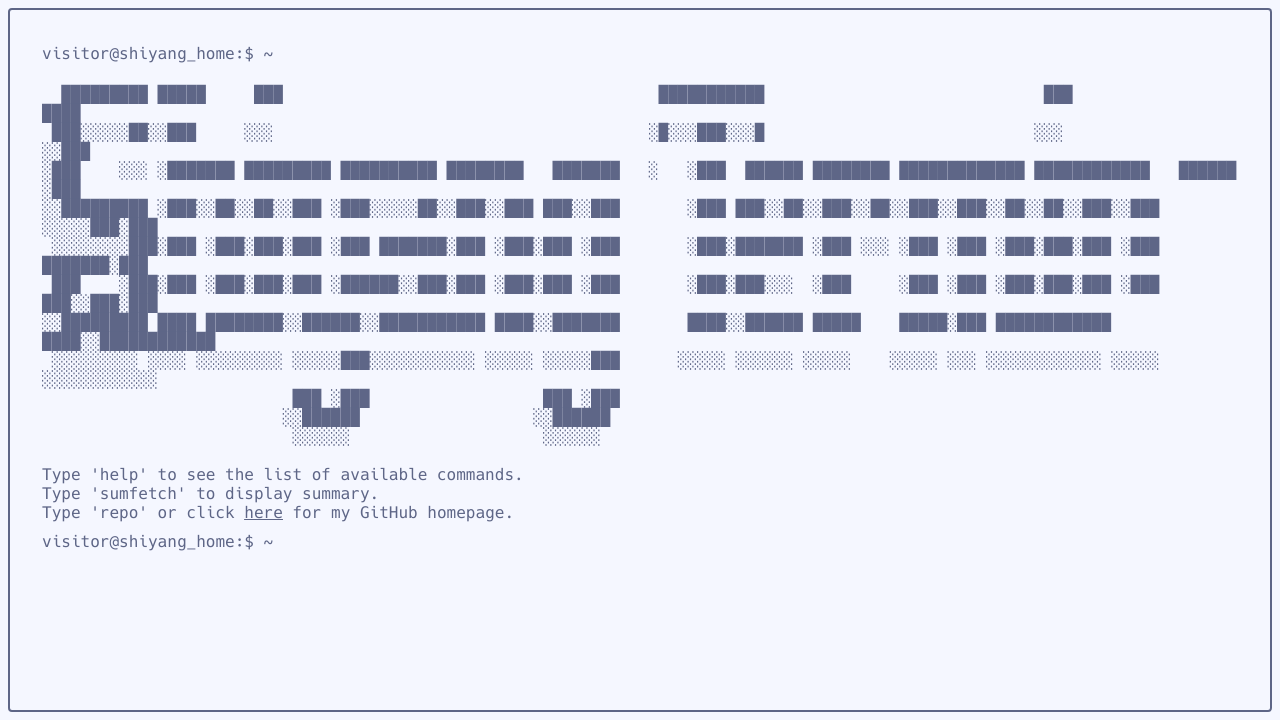
Repository: ShiyangLai/shiyanglai.github.io
Page: /
The author's editor kept a copy of each file at every save. The page is drawn from the files as they stood at one save, then again after the next save.
The browser window is 1280 px wide. The pictures show the whole page.
The project was rebuilt for these pictures with package versions that can differ from the ones it lists, and the page was loaded fresh each time. The framework's server and built-in components were replaced by stand-ins that run in the browser. Also part of the build but not shown: next.config.js, src/utils/bin/commands.ts, src/utils/api.ts, src/utils/bin/api_commands.ts, src/utils/bin/sumfetch.ts.

Above is the page before, as saved 2024-04-15 15:33:56.

### config.json
{
  "readmeUrl": "https://raw.githubusercontent.com/ShiyangLai/shiyanglai.github.io/master/src/pages/readme.txt",
  "title": "Shiyang's Terminal",
  "name": "shiyang (lucas) lai",
  "ascii": "shiyang",
  "social": {
    "github": "github",
    "linkedin": "shiyang-lai-230365213",
    "linedin_name": "shiyang-lai"
  },
  "email": "shiyanglai@uchicago.edu",
  "ps1_hostname": "shiyang_home",
  "ps1_username": "visitor",
  "repo": "https://github.com/ShiyangLai",
  "google_scholar": "https://scholar.google.com/citations?user=qALDmfcAAAAJ&hl=en",
  "resume_url": "",
  "colors": {
    "dark": {
      "terminal.background":"#FEFBEC",
      "terminal.foreground":"#6E6B5E",
      "terminalCursor.background":"#6E6B5E",
      "terminalCursor.foreground":"#6E6B5E",
      "terminal.ansiBlack":"#FEFBEC",
      "terminal.ansiBlue":"#6684E1",
      "terminal.ansiBrightBlack":"#999580",
      "terminal.ansiBrightBlue":"#6684E1",
      "terminal.ansiBrightCyan":"#1FAD83",
      "terminal.ansiBrightGreen":"#60AC39",
      "terminal.ansiBrightMagenta":"#B854D4",
      "terminal.ansiBrightRed":"#D73737",
      "terminal.ansiBrightWhite":"#20201D",
      "terminal.ansiBrightYellow":"#AE9513",
      "terminal.ansiCyan":"#1FAD83",
      "terminal.ansiGreen":"#60AC39",
      "terminal.ansiMagenta":"#B854D4",
      "terminal.ansiRed":"#D73737",
      "terminal.ansiWhite":"#6E6B5E",
      "terminal.ansiYellow":"#AE9513"
    },
    "light": {
      "background":"#F5F7FF",
      "foreground":"#5E6687",
      "Cursor.background":"#5E6687",
      "Cursor.foreground":"#5E6687",
      "ansiBlack":"#F5F7FF",
      "ansiBlue":"#3D8FD1",
      "terminal.ansiBrightBlack":"#898EA4",
      "terminal.ansiBrightBlue":"#3D8FD1",
      "terminal.ansiBrightCyan":"#22A2C9",
      "terminal.ansiBrightGreen":"#AC9739",
      "terminal.ansiBrightMagenta":"#6679CC",
      "terminal.ansiBrightRed":"#C94922",
      "terminal.ansiBrightWhite":"#202746",
      "terminal.ansiBrightYellow":"#C08B30",
      "terminal.ansiCyan":"#22A2C9",
      "terminal.ansiGreen":"#AC9739",
      "terminal.ansiMagenta":"#6679CC",
      "terminal.ansiRed":"#C94922",
      "terminal.ansiWhite":"#5E6687",
      "terminal.ansiYellow":"#C08B30"
    }
  }
}

### src/components/input.tsx
import React from 'react';
import { commandExists } from '../utils/commandExists';
import { shell } from '../utils/shell';
import { handleTabCompletion } from '../utils/tabCompletion';
import { Ps1 } from './Ps1';

export const Input = ({
  inputRef,
  containerRef,
  command,
  history,
  lastCommandIndex,
  setCommand,
  setHistory,
  setLastCommandIndex,
  clearHistory,
}) => {
  const onSubmit = async (event: React.KeyboardEvent<HTMLInputElement>) => {
    const commands: [string] = history
      .map(({ command }) => command)
      .filter((command: string) => command);

    if (event.key === 'c' && event.ctrlKey) {
      event.preventDefault();
      setCommand('');
      setHistory('');
      setLastCommandIndex(0);
    }

    if (event.key === 'l' && event.ctrlKey) {
      event.preventDefault();
      clearHistory();
    }

    if (event.key === 'Tab') {
      event.preventDefault();
      handleTabCompletion(command, setCommand);
    }

    if (event.key === 'Enter' || event.code === '13') {
      event.preventDefault();
      setLastCommandIndex(0);
      await shell(command, setHistory, clearHistory, setCommand);
      containerRef.current.scrollTo(0, containerRef.current.scrollHeight);
    }

    if (event.key === 'ArrowUp') {
      event.preventDefault();
      if (!commands.length) {
        return;
      }
      const index: number = lastCommandIndex + 1;
      if (index <= commands.length) {
        setLastCommandIndex(index);
        setCommand(commands[commands.length - index]);
      }
    }

    if (event.key === 'ArrowDown') {
      event.preventDefault();
      if (!commands.length) {
        return;
      }
      const index: number = lastCommandIndex - 1;
      if (index > 0) {
        setLastCommandIndex(index);
        setCommand(commands[commands.length - index]);
      } else {
        setLastCommandIndex(0);
        setCommand('');
      }
    }
  };

  const onChange = ({
    target: { value },
  }: React.ChangeEvent<HTMLInputElement>) => {
    setCommand(value);
  };

  return (
    <div className="flex flex-row space-x-2">
      <label htmlFor="prompt" className="flex-shrink">
        <Ps1 />
      </label>

      <input
        ref={inputRef}
        id="prompt"
        type="text"
        className={`bg-light-background dark:bg-dark-background focus:outline-none flex-grow ${
          commandExists(command) || command === ''
            ? 'text-dark-green'
            : 'text-dark-red'
        }`}
        value={command}
        onChange={onChange}
        autoFocus
        onKeyDown={onSubmit}
        autoComplete="off"
        spellCheck="false"
      />
    </div>
  );
};

export default Input;

### src/components/history/History.tsx
import React from 'react';
import { History as HistoryInterface } from './interface';
import { Ps1 } from '../Ps1';

export const History: React.FC<{ history: Array<HistoryInterface> }> = ({
  history,
}) => {
  return (
    <>
      {history.map((entry: HistoryInterface, index: number) => (
        <div key={entry.command + index}>
          <div className="flex flex-row space-x-2">
            <div className="flex-shrink">
              <Ps1 />
            </div>

            <div className="flex-grow">{entry.command}</div>
          </div>

          <p
            className="whitespace-pre-wrap mb-2"
            style={{ lineHeight: 'normal' }}
            dangerouslySetInnerHTML={{ __html: entry.output }}
          />
        </div>
      ))}
    </>
  );
};

export default History;

Loaded but not shown: src/pages/_app.tsx (common file); src/pages/index.tsx (common file); src/styles/global.css (common file); src/components/history/hook.ts (common file); src/utils/bin/index.ts (common file); src/utils/commandExists.ts (common file); src/utils/shell.ts (common file); src/utils/tabCompletion.ts (common file); src/components/Ps1.tsx (common file); tailwind.config.js (common file)

After the next save:
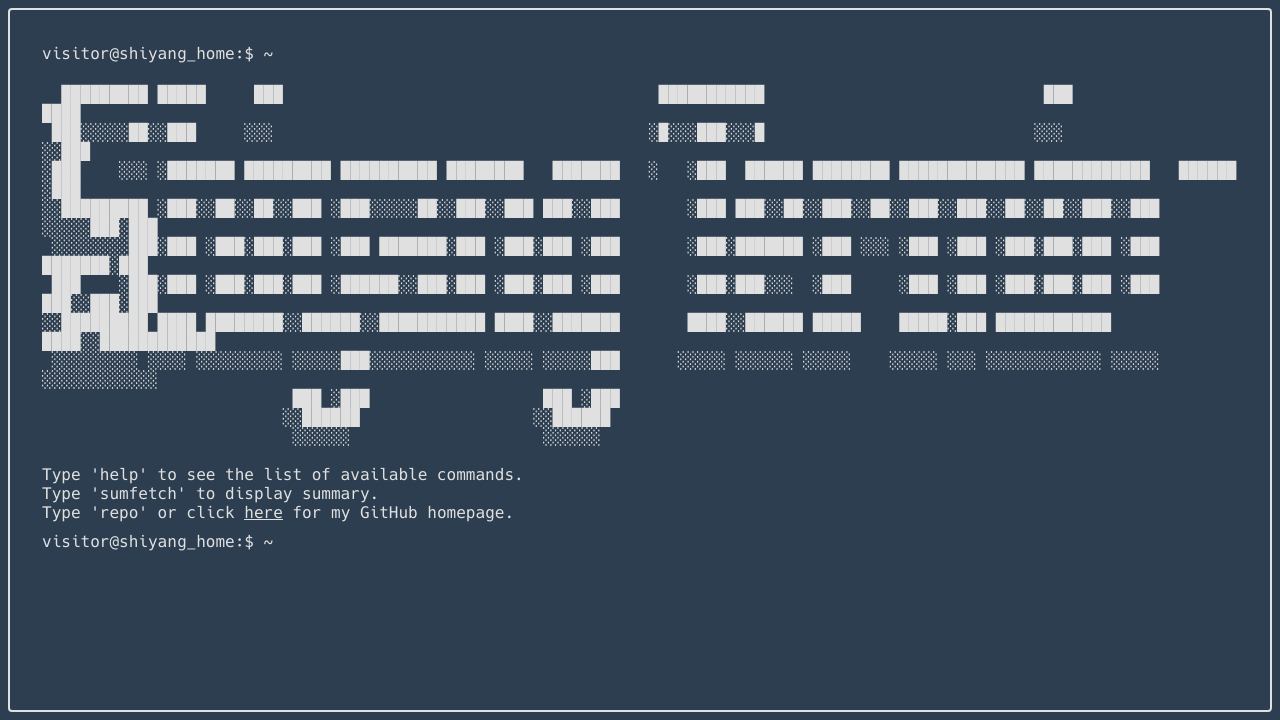
Saved 52 s later.
--- a/config.json
+++ b/config.json
@@ -38,26 +38,26 @@
       "terminal.ansiYellow":"#AE9513"
     },
     "light": {
-      "background":"#F5F7FF",
-      "foreground":"#5E6687",
-      "Cursor.background":"#5E6687",
-      "Cursor.foreground":"#5E6687",
-      "ansiBlack":"#F5F7FF",
-      "ansiBlue":"#3D8FD1",
-      "terminal.ansiBrightBlack":"#898EA4",
-      "terminal.ansiBrightBlue":"#3D8FD1",
-      "terminal.ansiBrightCyan":"#22A2C9",
-      "terminal.ansiBrightGreen":"#AC9739",
-      "terminal.ansiBrightMagenta":"#6679CC",
-      "terminal.ansiBrightRed":"#C94922",
-      "terminal.ansiBrightWhite":"#202746",
-      "terminal.ansiBrightYellow":"#C08B30",
-      "terminal.ansiCyan":"#22A2C9",
-      "terminal.ansiGreen":"#AC9739",
-      "terminal.ansiMagenta":"#6679CC",
-      "terminal.ansiRed":"#C94922",
-      "terminal.ansiWhite":"#5E6687",
-      "terminal.ansiYellow":"#C08B30"
+      "background":"#2C3E50",
+      "foreground":"#E0E0E0",
+      "terminalCursor.background":"#E0E0E0",
+      "terminalCursor.foreground":"#E0E0E0",
+      "terminal.ansiBlack":"#2C3E50",
+      "terminal.ansiBlue":"#3498DB",
+      "terminal.ansiBrightBlack":"#95A5A6",
+      "terminal.ansiBrightBlue":"#3498DB",
+      "terminal.ansiBrightCyan":"#1ABC9C",
+      "terminal.ansiBrightGreen":"#2ECC71",
+      "terminal.ansiBrightMagenta":"#9B59B6",
+      "terminal.ansiBrightRed":"#E74C3C",
+      "terminal.ansiBrightWhite":"#ECF0F1",
+      "terminal.ansiBrightYellow":"#F1C40F",
+      "terminal.ansiCyan":"#1ABC9C",
+      "terminal.ansiGreen":"#2ECC71",
+      "terminal.ansiMagenta":"#9B59B6",
+      "terminal.ansiRed":"#E74C3C",
+      "terminal.ansiWhite":"#E0E0E0",
+      "terminal.ansiYellow":"#F1C40F"
     }
   }
 }
